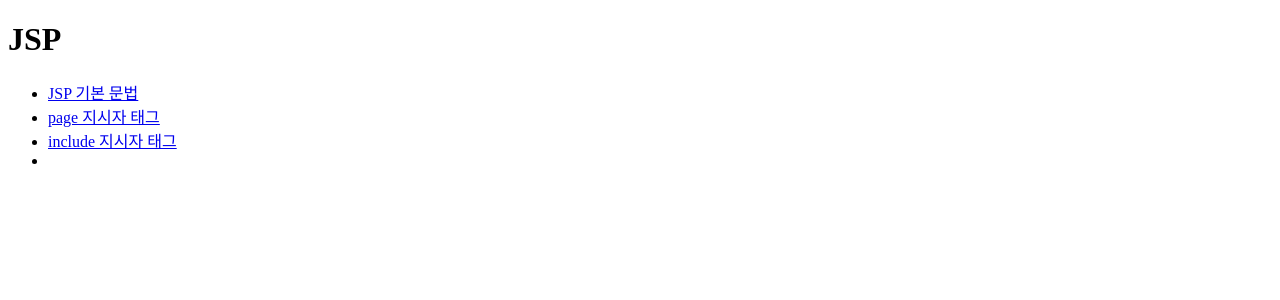
Repository: sonchanmi/JSP
Page: http://localhost/chap01-jsp/
These files come from the project's save history. The page is drawn as it stood at one moment and after the next save; the edit follows.
The browser window is 1280 px wide. The pictures show the whole page.
The page is served by Tomcat 10.

Above is the page before, as saved 2024-06-10 02:14:12.

After the next save:
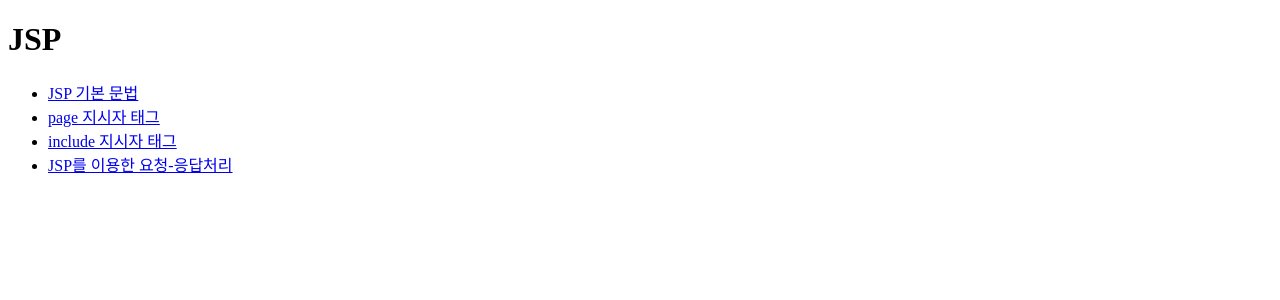
Saved 3 min 24 s later.
--- a/chap01-jsp/src/main/webapp/index.jsp
+++ b/chap01-jsp/src/main/webapp/index.jsp
@@ -14,7 +14,7 @@
 		<li><a href="jsp/1_simpleJspStates.jsp">JSP 기본 문법</a></li>
 		<li><a href="jsp/2_pageDirective.jsp">page 지시자 태그</a></li>
 		<li><a href="jsp/3_includeDirective.jsp">include 지시자 태그</a></li>
-		<li><a href=""></a></li>
+		<li><a href="jsp/4_request.jsp">JSP를 이용한 요청-응답처리</a></li>
 	</ul>
 
 
